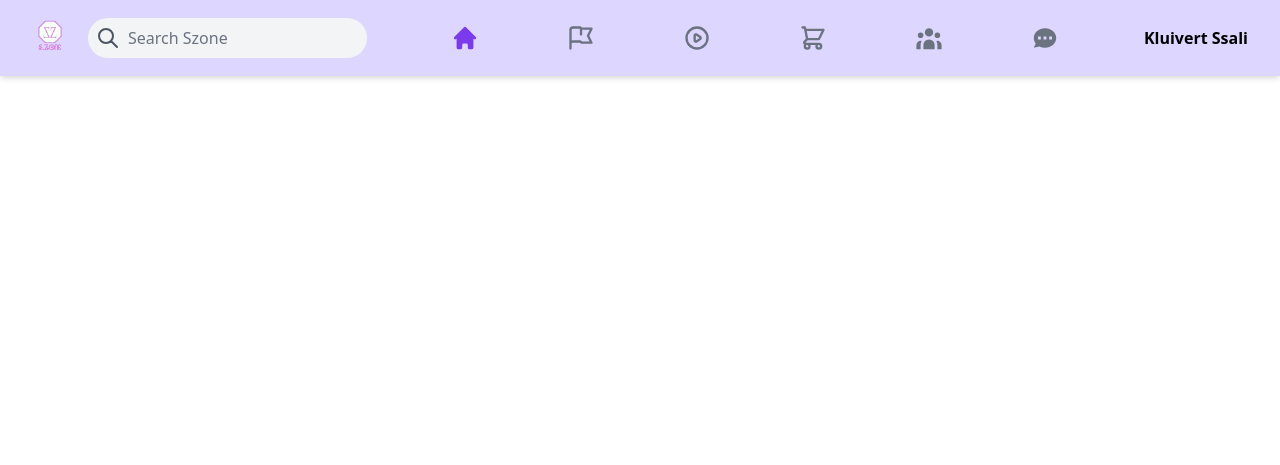
Repository: kluivert-ssali/sz-test
Page: /
The author's editor kept a copy of each file at every save. The page is drawn from the files as they stood at one save, then again after the next save.
The browser window is 1280 px wide. The pictures show the whole page.
The page's requests for data from a server got no answer. The project was rebuilt for these pictures with package versions that can differ from the ones it lists, and the page was loaded fresh each time. The framework's server and built-in components were replaced by stand-ins that run in the browser. No one was signed in, and anything a server would have sent is missing. Also part of the build but not shown: next.config.js, components/Login.js.

Above is the page before, as saved 2021-11-06 15:25:26.

After the next save:
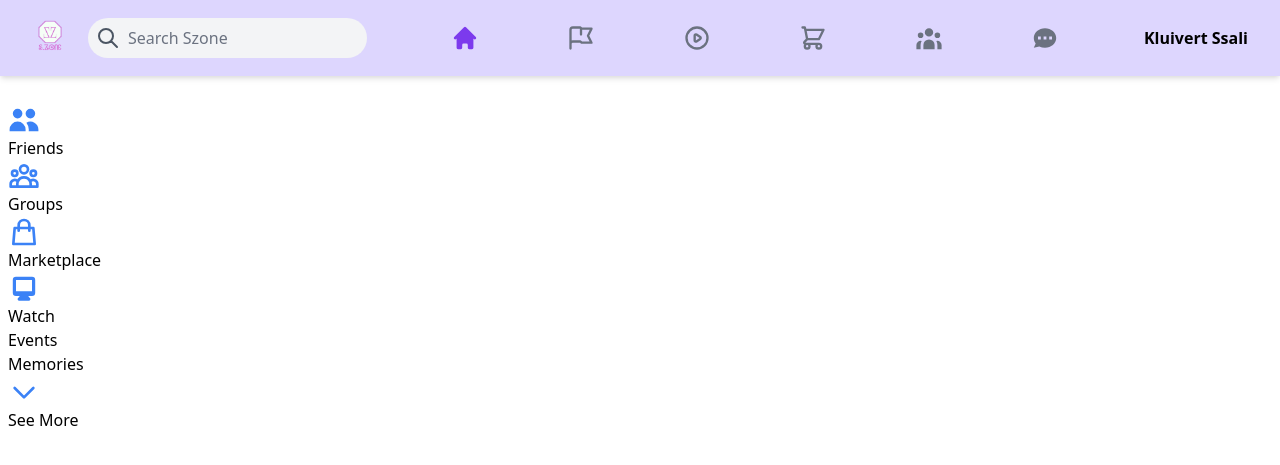
Saved 2 min 53 s later.
--- a/components/Sidebar.js
+++ b/components/Sidebar.js
@@ -12,17 +12,19 @@
     DesktopComputerIcon,
 
 } from "@heroicons/react/solid";
+import SidebarRow from './SidebarRow';
+
 
 function Sidebar() {
     return (
         <div className="p-2 mt-5 max-w-[600px] xl:min-w-[300px]">
-            <siderbarRow  Icon={UsersIcon} title="Friends" />
-            <siderbarRow  Icon={UserGroupIcon} title="Groups" />
-            <siderbarRow  Icon={ShoppingBagIcon} title="Marketplace" />
-            <siderbarRow  Icon={DesktopComputerIcon} title="Watch" />
-            <siderbarRow  Icon={CalenderIcon} title="Events" />
-            <siderbarRow  Icon={ClockedIcon} title="Memories" />
-            <siderbarRow  Icon={ChevronDownIcon} title="See More" />
+            <SidebarRow  Icon={UsersIcon} title="Friends" />
+            <SidebarRow  Icon={UserGroupIcon} title="Groups" />
+            <SidebarRow  Icon={ShoppingBagIcon} title="Marketplace" />
+            <SidebarRow  Icon={DesktopComputerIcon} title="Watch" />
+            <SidebarRow  Icon={CalenderIcon} title="Events" />
+            <SidebarRow  Icon={ClockedIcon} title="Memories" />
+            <SidebarRow  Icon={ChevronDownIcon} title="See More" />
 
 
         </div>
